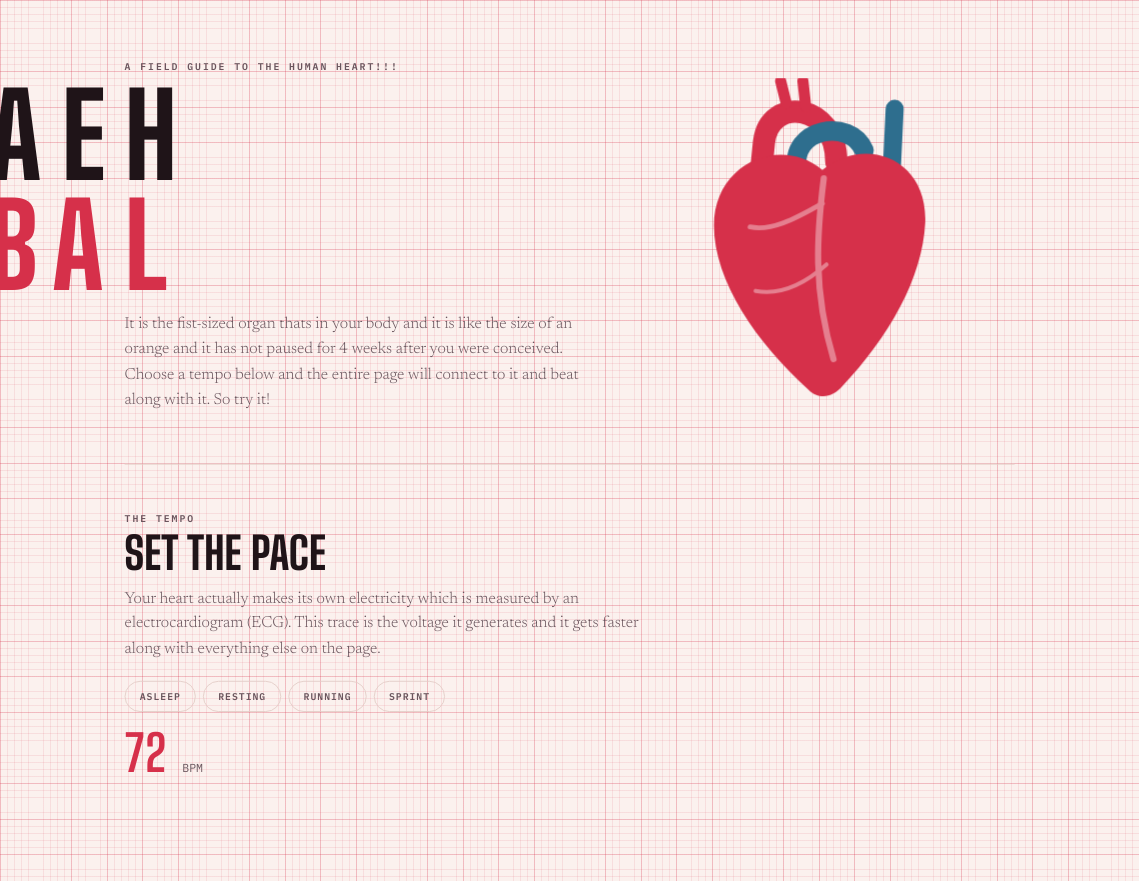
Repository: manayparikh1/PulseBeat
Page: index.html
The author's editor kept a copy of each file at every save. The page is drawn from the files as they stood at one save, then again after the next save.
The browser window is 1280 px wide. The pictures show the whole page, at 89% of full size.

Above is the page before, as saved 2026-09-02 15:26:14.

After the next save:
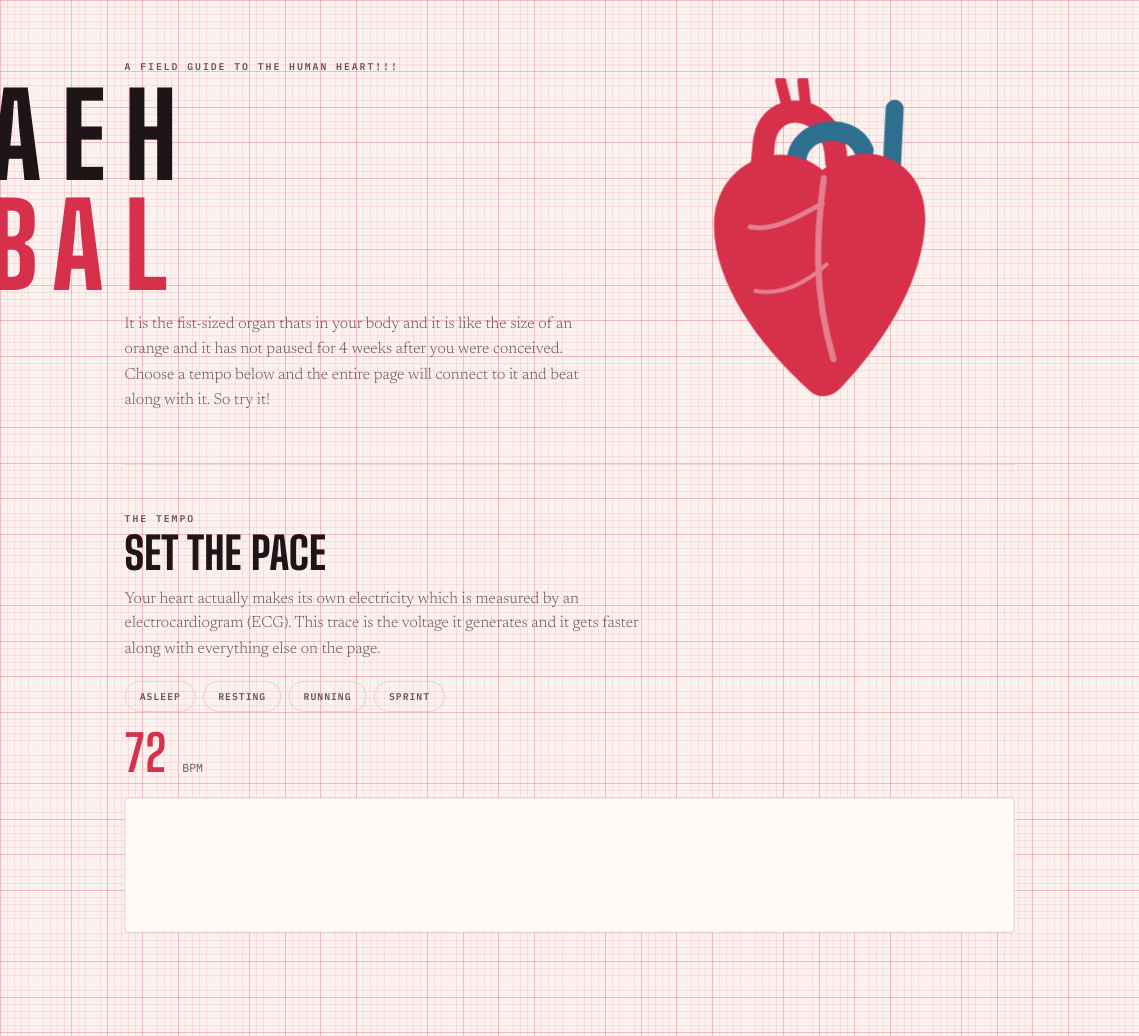
Saved 13 min 38 s later.
--- a/index.html
+++ b/index.html
@@ -567,6 +567,12 @@
                 <b class="b3">133</b><b class="b4">176</b>
                 <small>BPM</small>
             </p>
+            <div class="card strip">
+                <svg viewBox="0 0 800 120" preserveAspectRatio="none" role="img" aria-label="A scrolling ECG trace">
+                    <defs>
+                        <polyline id="pqrst" points="" </defs>
+                </svg>
+            </div>
 
 
         </section>
